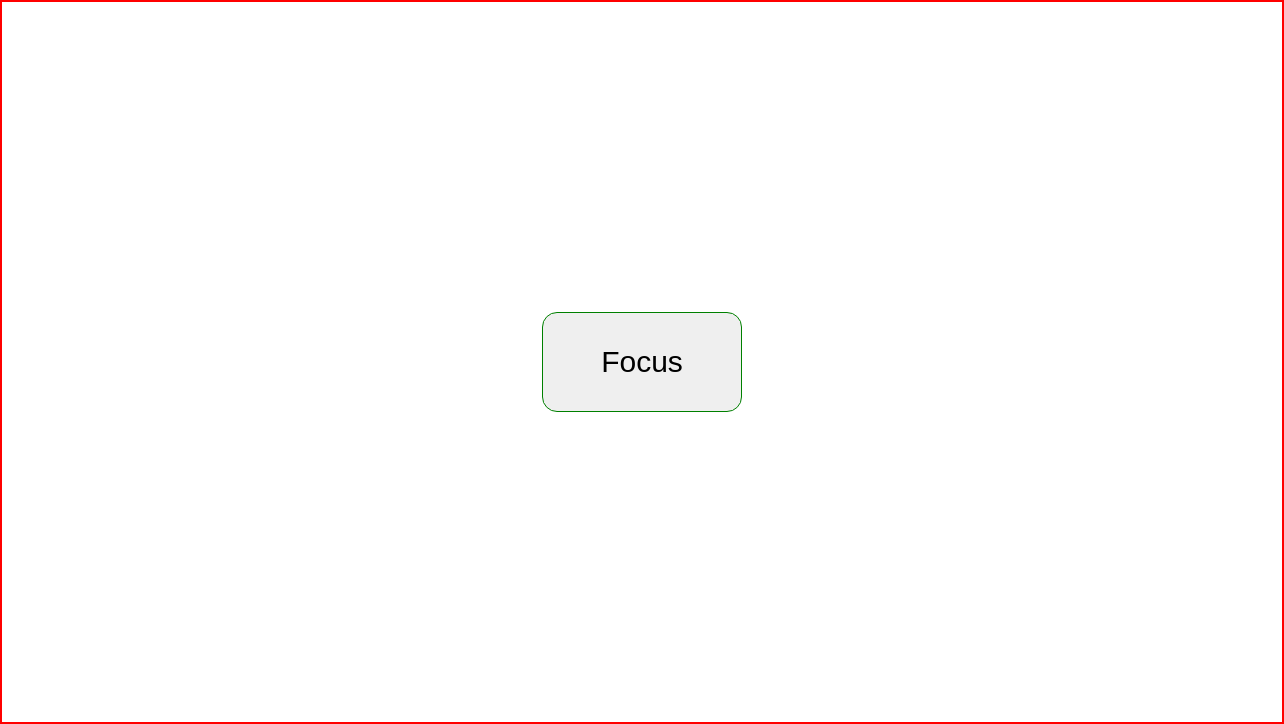
Repository: KrzysKolo/sr_tydzien4_zad5
Page: /
An editor plug-in stored every save of this project. The page is shown before and after the next save, followed by the edit.
The browser window is 1280 px wide. The page is 1284 px wide, so the pictures cover 1284 px, including what lies to the right of the window. The pictures show the whole page.
The project was rebuilt for these pictures with package versions that can differ from the ones it lists, and the page was loaded fresh each time.

Above is the page before, as saved 2020-12-17 14:08:04.

After the next save:
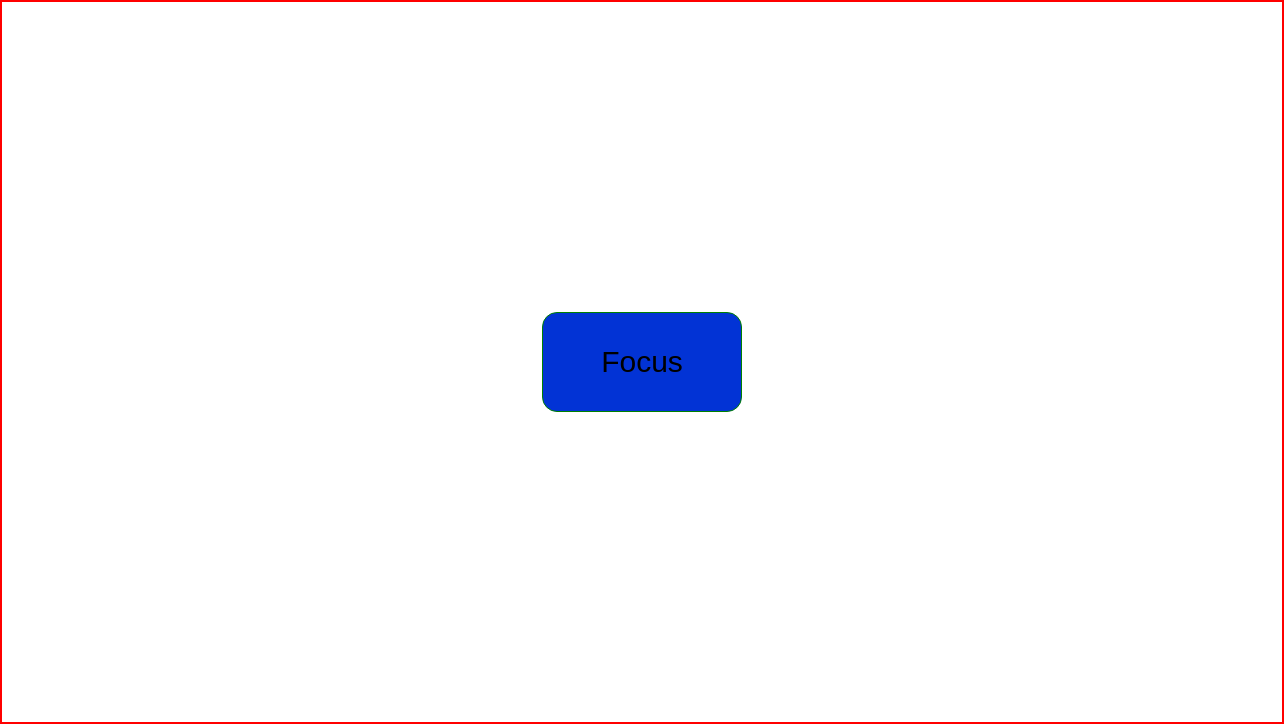
Saved 25 s later.
--- a/src/App.css
+++ b/src/App.css
@@ -13,5 +13,5 @@
   border: 1px solid green;
   border-radius: 15px;
   font-size: 30px;
-  background-color: ;
+  background-color: rgb(2, 51, 213);
 }
